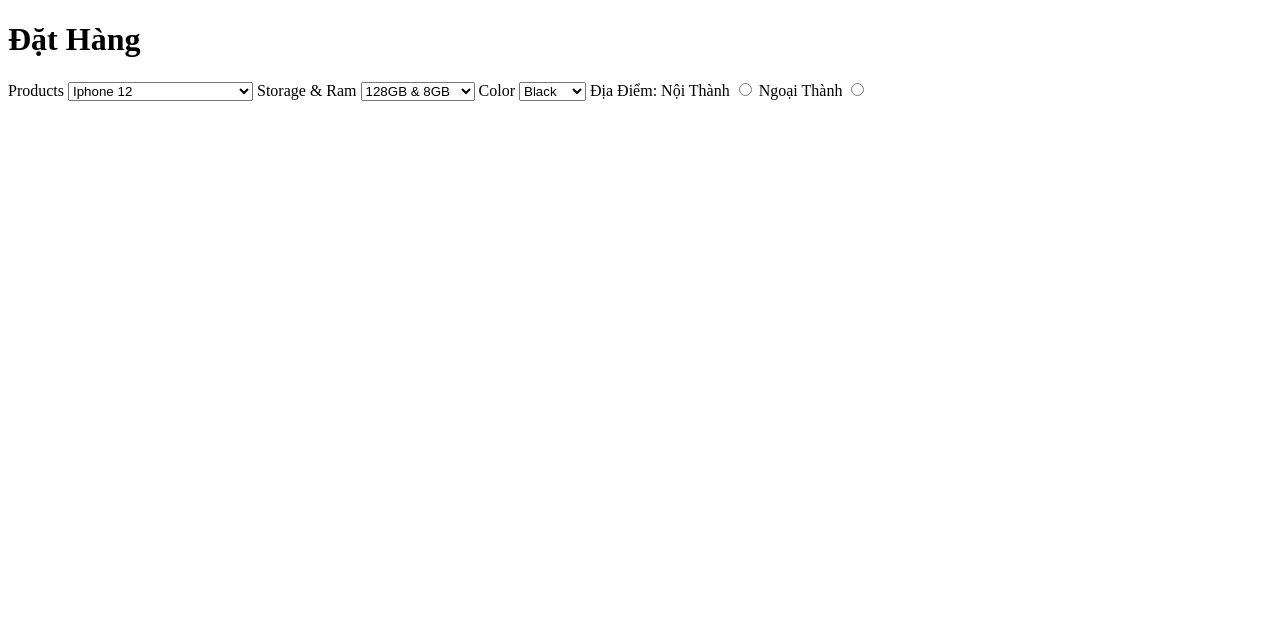
Repository: hisu87/WEB1043-JS
Page: Lab-Done-JS/Lab-7/html/Oder.html
These files come from the project's save history. The page is drawn as it stood at one moment and after the next save; the edit follows.
The browser window is 1280 px wide. The pictures show the whole page.

Above is the page before, as saved 2023-04-08 12:57:29.

### Lab-Done-JS/Lab-7/html/Oder.html
<!DOCTYPE html>
<html lang="en">

<head>
    <meta charset="UTF-8">
    <meta http-equiv="X-UA-Compatible" content="IE=edge">
    <meta name="viewport" content="width=device-width, initial-scale=1.0">
    <title>Oder</title>
</head>

<body>
    <h1>Đặt Hàng</h1>
    <form action="#">
        <label for="products">Products</label>
        <select name="products" id="products">
            <option value="1">Iphone 12</option>
            <option value="2">Iphone 12 Pro</option>
            <option value="3">Iphone 12 Pro Max</option>
            <option value="4">Iphone 12 Mini</option>
            <option value="5">SamSung Note 20 Ultra</option>
            <option value="6">SamSung Note 20</option>
            <option value="7">SamSung Note 20 Ultra 5G</option>
            <option value="8">SamSung Note 23 5G</option>
            <option value="9">SamSung Note 20 Ultra 5G</option>
            <option value="10">SamSung Note 20 Ultra 5G</option>
            <option value="11">Pixel 4Xl</option>
            <option value="12">Pixel 4</option>
            <option value="13">Pixel 4A</option>
            <option value="14">Pixel 6</option>
            <option value="15">Pixel 6 Pro</option>
            <option value="16">Pixel 7 Pro </option>
            <option value="17">Pixel 7</option>
        </select>
        <label for="storageandram">Storage & Ram</label>
        <select name="storageandram" id="storageandram">
            <option value="1">128GB & 8GB</option>
            <option value="2">256GB & 8GB</option>
            <option value="3">512GB & 8GB</option>
            <option value="4">1TB & 8GB</option>
            <option value="5">128GB & 12GB</option>
            <option value="6">256GB & 12GB</option>
            <option value="7">512GB & 12GB</option>
            <option value="8">1TB & 12GB</option>
            <option value="9">128GB & 16GB</option>
            <option value="10">256GB & 16GB</option>
            <option value="11">512GB & 16GB</option>
            <option value="12">1TB & 16GB</option>
        </select>
        <label for="color">Color</label>
        <select name="special-color" id="color">
            <option value="1">Black</option>
            <option value="2">White</option>
            <option value="3">Red</option>
            <option value="4">Blue</option>
            <option value="5">Green</option>
            <option value="6">Yellow</option>
            <option value="7">Pink</option>
            <option value="8">Purple</option>
            <option value="9">Orange</option>
            <option value="10">Gray</option>
            <option value="11">Brown</option>
            <option value="12">Gold</option>
            <option value="13">Silver</option>
        </select>
        <label for="">Địa Điểm:</label>
        <label for="dia_chi">Nội Thành</label>
        <input type="radio" name="dia_chi" onclick="hien_thi(false)" />
        <label for="">Ngoại Thành</label>
        <input type="radio" name="dia_chi" onclick="hien_thi(true)" />
        <div id="phi_vc" style="display: none">
            <label for="phi_vc">Phí Vận Chuyển</label>
            <input type="text" name="phi_vc" id="phi_vc">




    </form>


    <script>

        function hien_thi (visible) {
            var phi_vc = document.getElementById("phi_vc");
            phi_vc.style.display = visible ? "" : "none";
        }


    </script>
</body>

</html>

After the next save:
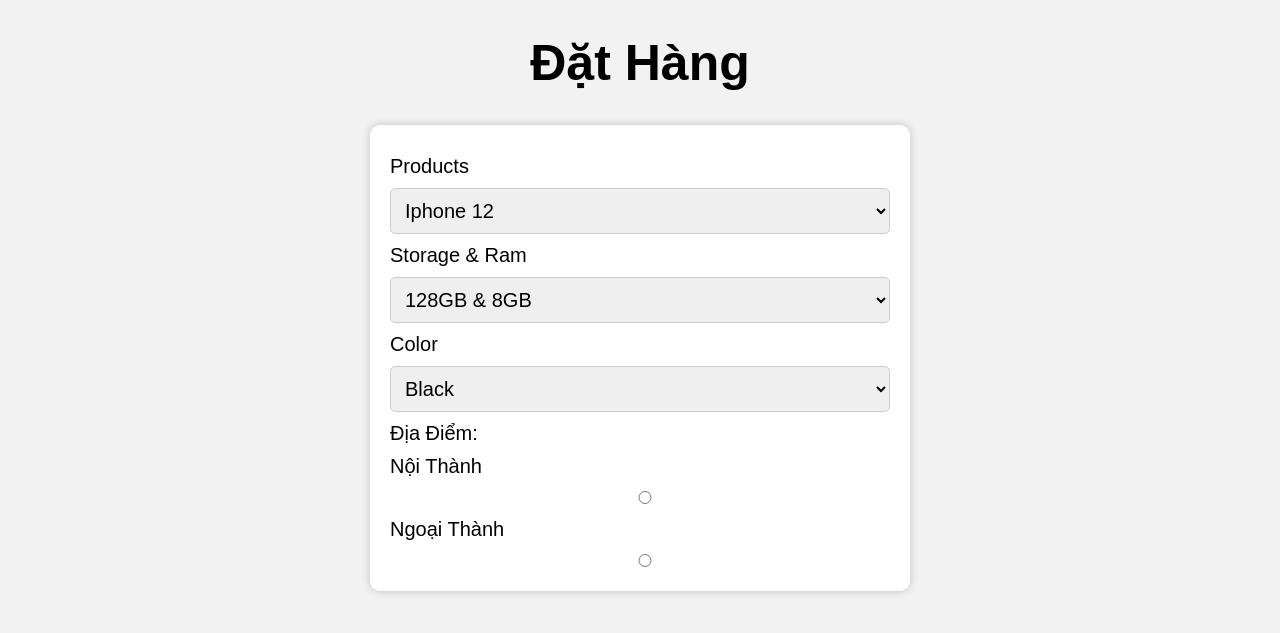
Saved 41 s later.
--- a/Lab-Done-JS/Lab-7/html/Oder.html
+++ b/Lab-Done-JS/Lab-7/html/Oder.html
@@ -6,6 +6,67 @@
     <meta http-equiv="X-UA-Compatible" content="IE=edge">
     <meta name="viewport" content="width=device-width, initial-scale=1.0">
     <title>Oder</title>
+    <style>
+        body {
+            background-color: #f2f2f2;
+        }
+
+        h1 {
+            text-align: center;
+            color: #000;
+            font-size: 50px;
+            font-family: Arial, Helvetica, sans-serif;
+        }
+
+        form {
+            width: 500px;
+            margin: 0 auto;
+            background-color: #fff;
+            padding: 20px;
+            border-radius: 10px;
+            box-shadow: 0 0 10px 0 rgba(0, 0, 0, 0.2);
+        }
+
+        label {
+            display: block;
+            margin: 10px 0;
+            font-size: 20px;
+            font-family: Arial, Helvetica, sans-serif;
+        }
+
+        input {
+            width: 100%;
+            padding: 10px;
+            border: 1px solid #ccc;
+            border-radius: 5px;
+            font-size: 20px;
+            font-family: Arial, Helvetica, sans-serif;
+        }
+
+        button {
+            width: 100%;
+            padding: 10px;
+            border: 1px solid #ccc;
+            border-radius: 5px;
+            font-size: 20px;
+            font-family: Arial, Helvetica, sans-serif;
+            background-color: #fff;
+            cursor: pointer;
+        }
+
+        button:hover {
+            background-color: #ccc;
+        }
+
+        select {
+            width: 100%;
+            padding: 10px;
+            border: 1px solid #ccc;
+            border-radius: 5px;
+            font-size: 20px;
+            font-family: Arial, Helvetica, sans-serif;
+        }
+    </style>
 </head>
 
 <body>
